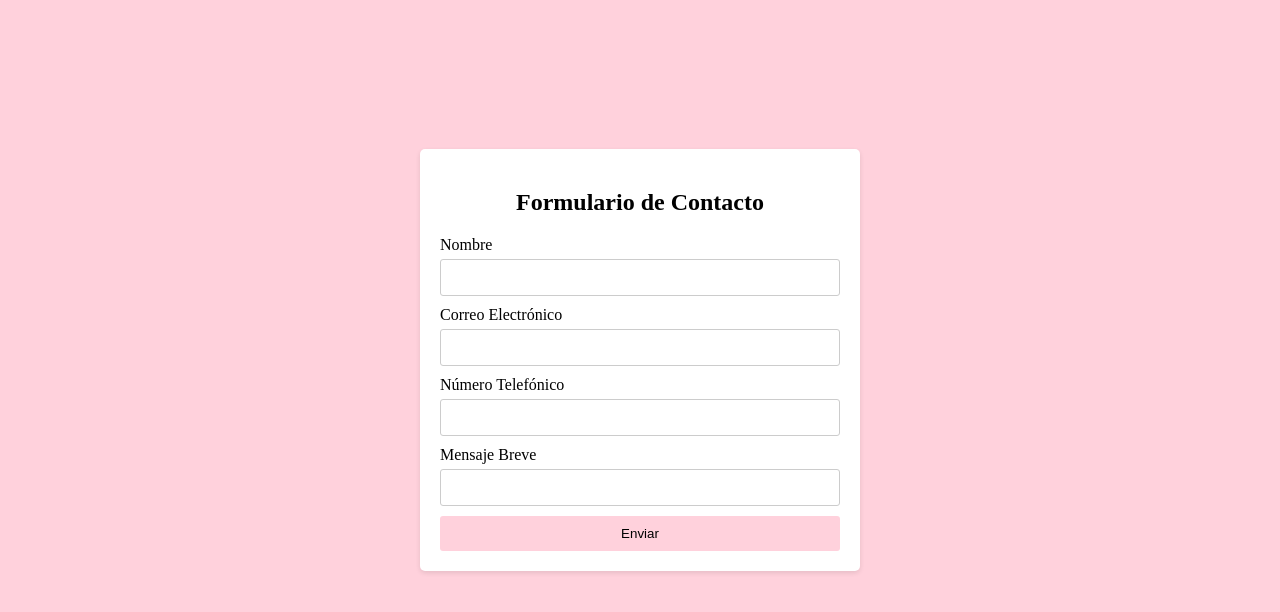
Repository: UVMCoyoacan/InnovaWeb
Page: indexformu.html
The author's editor kept a copy of each file at every save. The page is drawn from the files as they stood at one save, then again after the next save.
The browser window is 1280 px wide. The pictures show the whole page.
The pointer rests on the first visible `input[type="submit"]`.

Above is the page before, as saved 2024-03-01 10:34:14.

### indexformu.html
<!DOCTYPE html>
<html>
<head>
    <title>Formulario de Contacto</title>
    <style>
        body {
            font-family: 'Times New Roman', Times, serif;
            background-color: #ffd1dc;
            margin: 0;
            padding: 0;
            display: flex;
            justify-content: center;
            align-items: center;
            height: 100vh;
        }
        .container {
            width: 400px;
            padding: 20px;
            background-color: #fff;
            border-radius: 5px;
            box-shadow: 0 2px 5px rgba(0, 0, 0, 0.1);
        }
        h2 {
            margin-bottom: 20px;
            text-align: center;
        }
        label {
            display: block;
            margin-bottom: 5px;
        }
        input[type="text"],
        input[type="email"],
        input[type="tel"],
        input[type="msj"] {
            width: 100%;
            padding: 10px;
            margin-bottom: 10px;
            border: 1px solid #ccc;
            border-radius: 3px;
            box-sizing: border-box;
        }
        input[type="submit"] {
            background-color: #ffd1dc;
            color: black;
            border:blueviolet;
            padding: 10px 20px;
            cursor: pointer;
            border-radius: 3px;
            width: 100%;
            display: block;
        }
        input[type="submit"]:hover {
            background-color: #ffd1dc;
        }
    </style>
</head>
<body>
    <div class="container">
        <h2>Formulario de Contacto</h2>
        <form>
            <label for="nombre">Nombre</label>
            <input type="text" id="nombre" name="nombre" required>

            <label for="email">Correo Electrónico</label>
            <input type="email" id="email" name="email" required>

            <label for="telefono">Número Telefónico</label>
            <input type="tel" id="telefono" name="telefono" required>

            <label for="mensaje">Mensaje Breve </label>
            <input type="text" id="mensaje" name="mensaje" required>

            <input type="submit" value="Enviar">
        </form>
    </div>
</body>
</html>

After the next save:
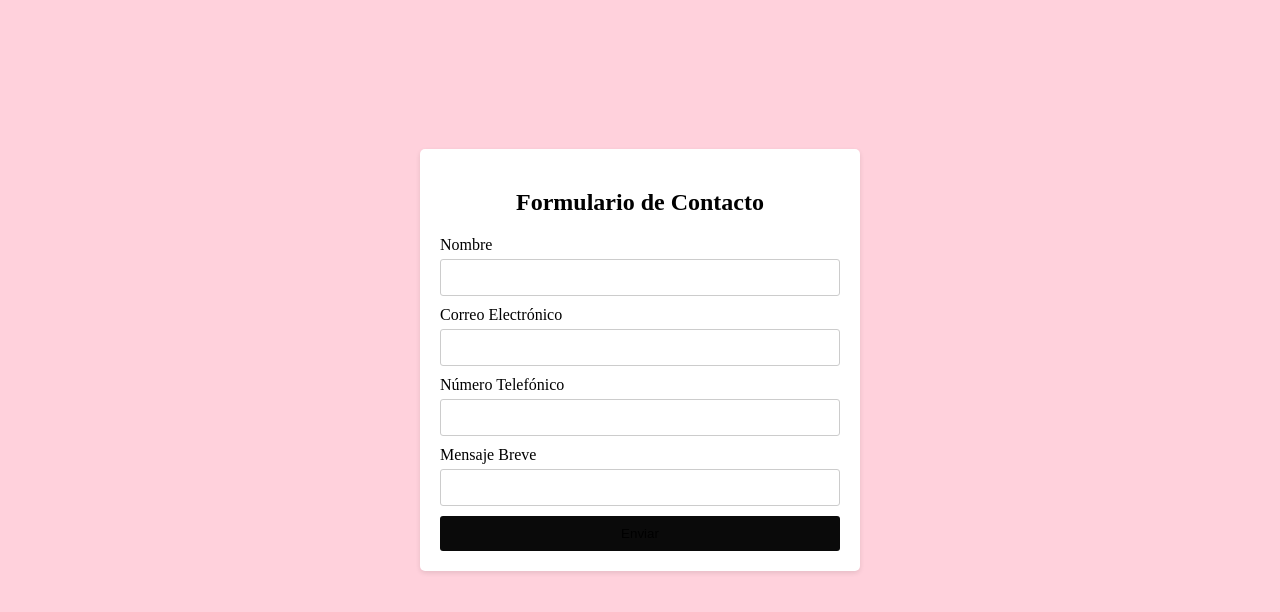
Saved 42 s later.
--- a/indexformu.html
+++ b/indexformu.html
@@ -50,7 +50,7 @@
             display: block;
         }
         input[type="submit"]:hover {
-            background-color: #ffd1dc;
+            background-color: #0a0a0a;
         }
     </style>
 </head>

After the 2 saves that followed:
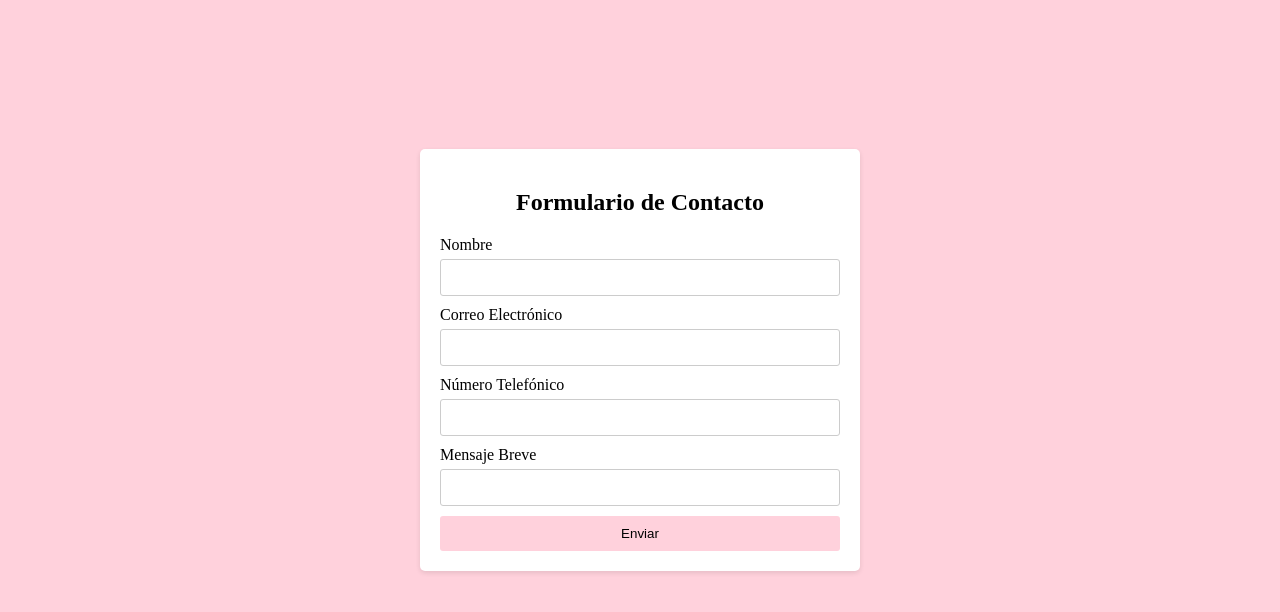
The 2 saves are shown as one change because 1 left the picture as it was.
The last was saved 68 s later.
--- a/indexformu.html
+++ b/indexformu.html
@@ -42,7 +42,7 @@
         input[type="submit"] {
             background-color: #ffd1dc;
             color: black;
-            border:blueviolet;
+            border: 1vmin, black;
             padding: 10px 20px;
             cursor: pointer;
             border-radius: 3px;
@@ -50,7 +50,7 @@
             display: block;
         }
         input[type="submit"]:hover {
-            background-color: #0a0a0a;
+            background-color: #ffd1dc;
         }
     </style>
 </head>
